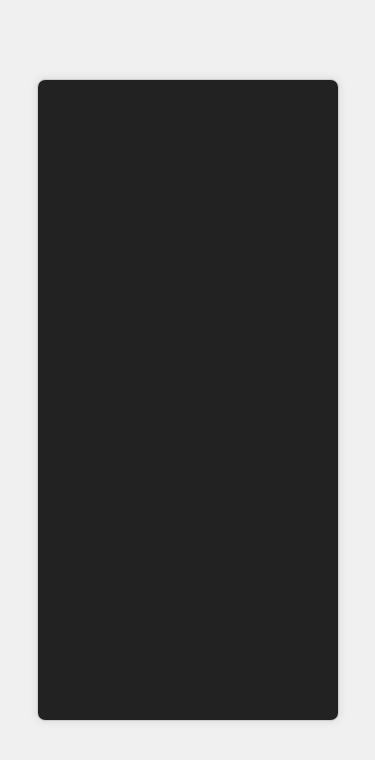
Repository: JuliusMonday/myCalculator
Page: index.html
The author's editor kept a copy of each file at every save. The page is drawn from the files as they stood at one save, then again after the next save.
The browser window is 375 px wide. The pictures show the whole page.

Above is the page before, as saved 2024-05-31 08:23:57.

### index.html
<!DOCTYPE html>
<html lang="en">
<head>
    <meta charset="UTF-8">
    <meta name="viewport" content="width=device-width, initial-scale=1.0">
    <title>JuliusCalc - Scientific Calculator</title>
    <link rel="stylesheet" href="styles.css">
</head>
<body>
    <div class="calculator">
        <div class="display">
            <input type="text" id="result" disabled>
        </div>
        <div class="buttons">
            <button onclick="clearDisplay()">C</button>
            <button onclick="deleteChar()">DEL</button>
            <button onclick="appendChar('%')">%</button>
            <button onclick="appendChar('/')">/</button>

            <button onclick="appendChar('7')">7</button>
            <button onclick="appendChar('8')">8</button>
            <button onclick="appendChar('9')">9</button>
            <button onclick="appendChar('*')">*</button>

            <button onclick="appendChar('4')">4</button>
            <button onclick="appendChar('5')">5</button>
            <button onclick="appendChar('6')">6</button>
            <button onclick="appendChar('-')">-</button>

            <button onclick="appendChar('1')">1</button>
            <button onclick="appendChar('2')">2</button>
            <button onclick="appendChar('3')">3</button>
            <button onclick="appendChar('+')">+</button>

            <button onclick="appendChar('0')">0</button>
            <button onclick="appendChar('.')">.</button>
            <button onclick="calculate()">=</button>

            <button onclick="appendChar('Math.sin(')">sin</button>
            <button onclick="appendChar('Math.cos(')">cos</button>
            <button onclick="appendChar('Math.log(')">log</button>
            <button onclick="appendChar('Math.sqrt(')">√</button>
        </div>
    </div>
    <script src="index.js"></script>
</body>
</html>

### styles.css
/* styles.css */

body {
    display: flex;
    justify-content: center;
    align-items: center;
    height: 100vh;
    background-color: #f0f0f0;
    font-family: 'Arial', sans-serif;
    margin: 0;
}

.calculator {
    width: 300px;
    border: 1px solid #ccc;
    border-radius: 8px;
    overflow: hidden;
    box-shadow: 0 0 10px rgba(0, 0, 0, 0.1);
    background-color: #ffffff;
}

.display {
    background-color: #222;
    color: #fff;
    text-align: right;
    padding: 20px;
    font-size: 24px;
}

.display input {
    width: 100%;
    border: none;
    background: none;
    color: #fff;
    text-align: right;
    font-size: 24px;
}

.buttons {
    display: grid;
    grid-template-columns: repeat(4, 1fr);
}

button {
    padding: 20px;
    font-size: 18px;
    border: 1px solid #ccc;
    background-color: #fff;
    cursor: pointer;
    transition: background-color 0.2s;
}

button:hover {
    background-color: #f0f0f0;
}

button:active {
    background-color: #ddd;
}

/* Responsive Design */
@media (max-width: 600px) {
    .calculator {
        width: 80%;
        height: 80%;
        border-radius: 5;
    }
    .display {
        padding: 10px;
        font-size: 20px;
        height: 300px;
        padding-top: 700px;
    }
    button {
        padding: 15px;
        font-size: 16px;

    }

}

### index.js
// script.js

function appendChar(char) {
    document.getElementById('result').value += char;
}

function clearDisplay() {
    document.getElementById('result').value = '';
}

function deleteChar() {
    let currentDisplay = document.getElementById('result').value;
    document.getElementById('result').value = currentDisplay.slice(0, -1);
}

function calculate() {
    try {
        let expression = document.getElementById('result').value;

        // Automatically close any opened parentheses
        let openParenthesisCount = (expression.match(/\(/g) || []).length;
        let closeParenthesisCount = (expression.match(/\)/g) || []).length;
        let missingCloseParenthesis = openParenthesisCount - closeParenthesisCount;

        for (let i = 0; i < missingCloseParenthesis; i++) {
            expression += ')';
        }

        let result = eval(expression);
        document.getElementById('result').value = result;
    } catch (error) {
        document.getElementById('result').value = 'Error';
    }
}

After the next save:
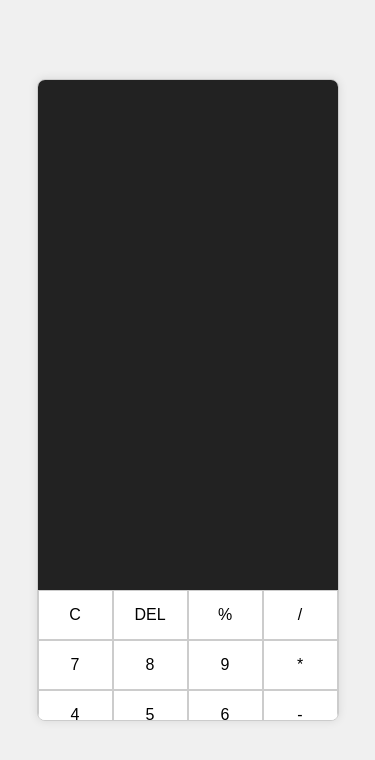
Saved 12 s later.
--- a/styles.css
+++ b/styles.css
@@ -69,7 +69,7 @@ button:active {
         padding: 10px;
         font-size: 20px;
         height: 300px;
-        padding-top: 700px;
+        padding-top: 200px;
     }
     button {
         padding: 15px;
